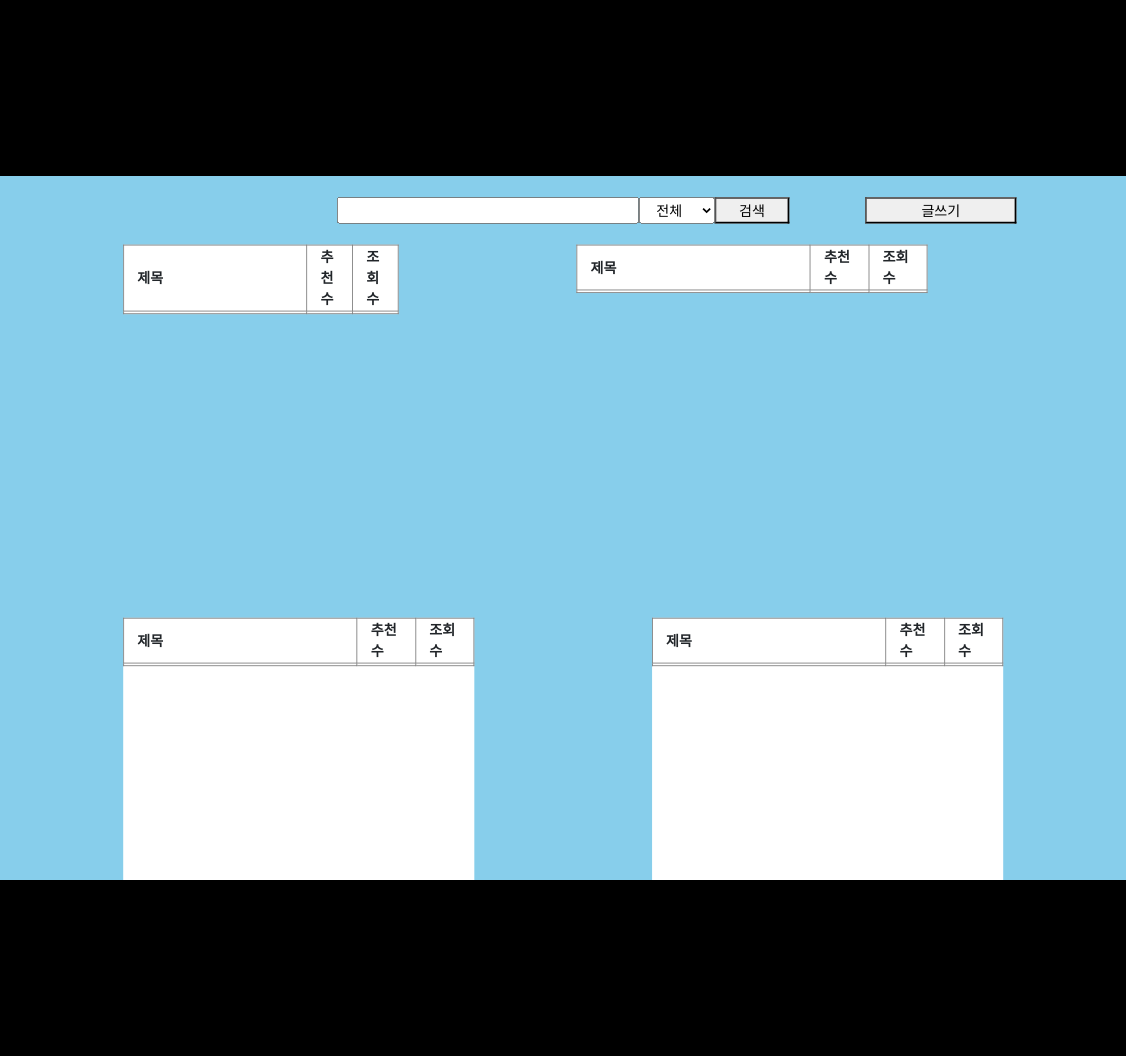
Repository: HJCroCat/project4
Page: http://localhost/koravle/getBoardMain.jsp
An editor plug-in stored every save of this project. The page is shown before and after the next save, followed by the edit.
The browser window is 1280 px wide. The pictures show the whole page, at 88% of full size.
An inner scrolling area shows only its first screen. The page is served by Tomcat 9. Nobody is signed in. The application's start-up code is not run. The template is opened directly, without the code that normally fills it, so the values that code supplies are empty.

Above is the page before, as saved 2021-12-15 07:26:12.

After the next save:
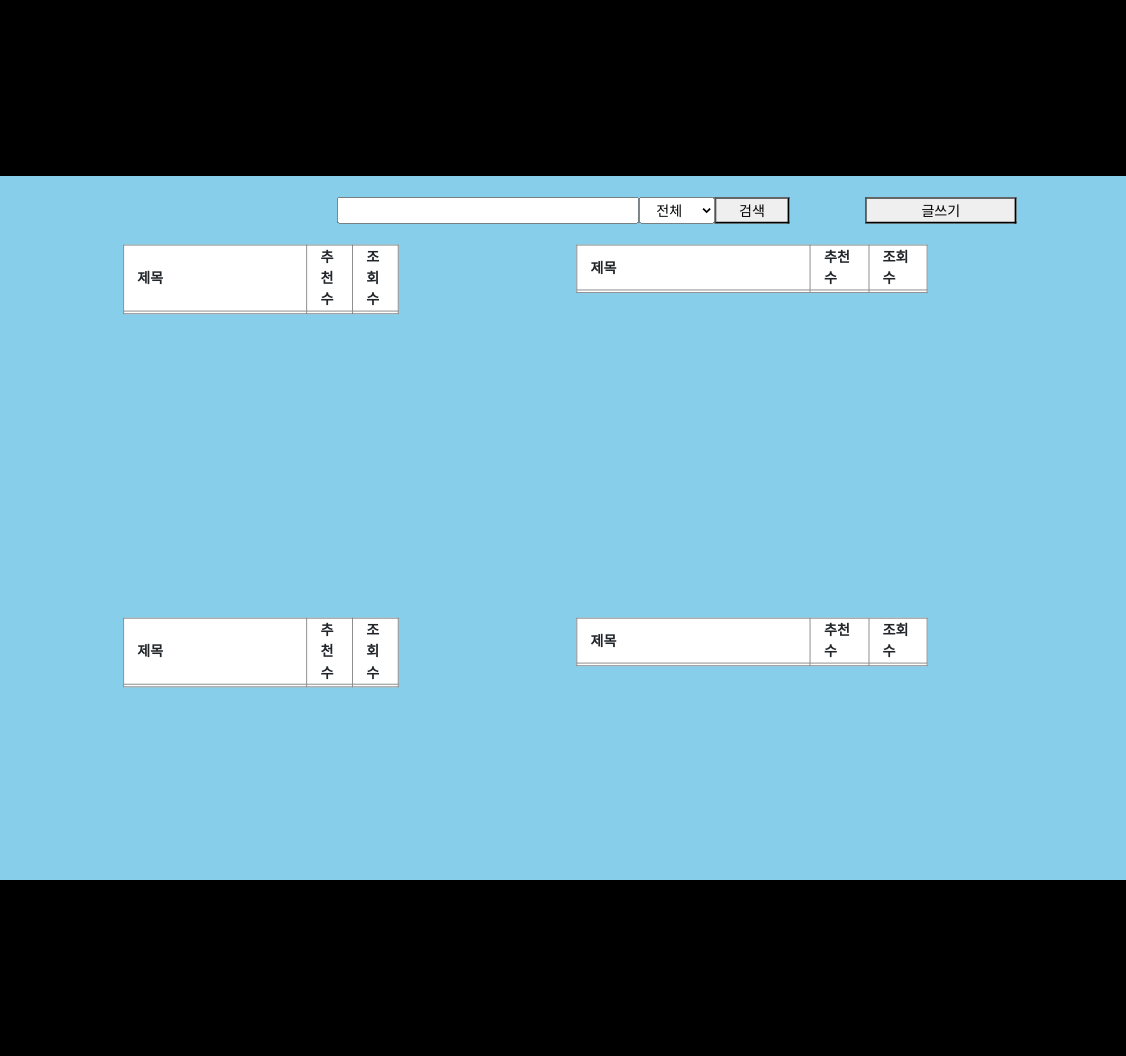
Saved 17 s later.
--- a/koravle/koravle/src/main/webapp/getBoardMain.jsp
+++ b/koravle/koravle/src/main/webapp/getBoardMain.jsp
@@ -105,8 +105,8 @@
 
 		<div class="row" style="height:400px;">
 
-			<div class="col-5">
-				<div style="background-color: white; min-height:550px;">
+			<div class="col-4">
+				<div style="background-color: white;">
 					<table class="col-12" border="1">
 						<tr>
 							<th class="col-8" align="center">제목</th>
@@ -127,7 +127,7 @@
 			</div>
 
 			<div class="col-5">
-				<div style="background-color: white; min-height:550px;">
+				<div style="background-color: white;">
 					<table class="col-12" border="1">
 						<tr>
 							<th class="col-8" align="center">제목</th>
